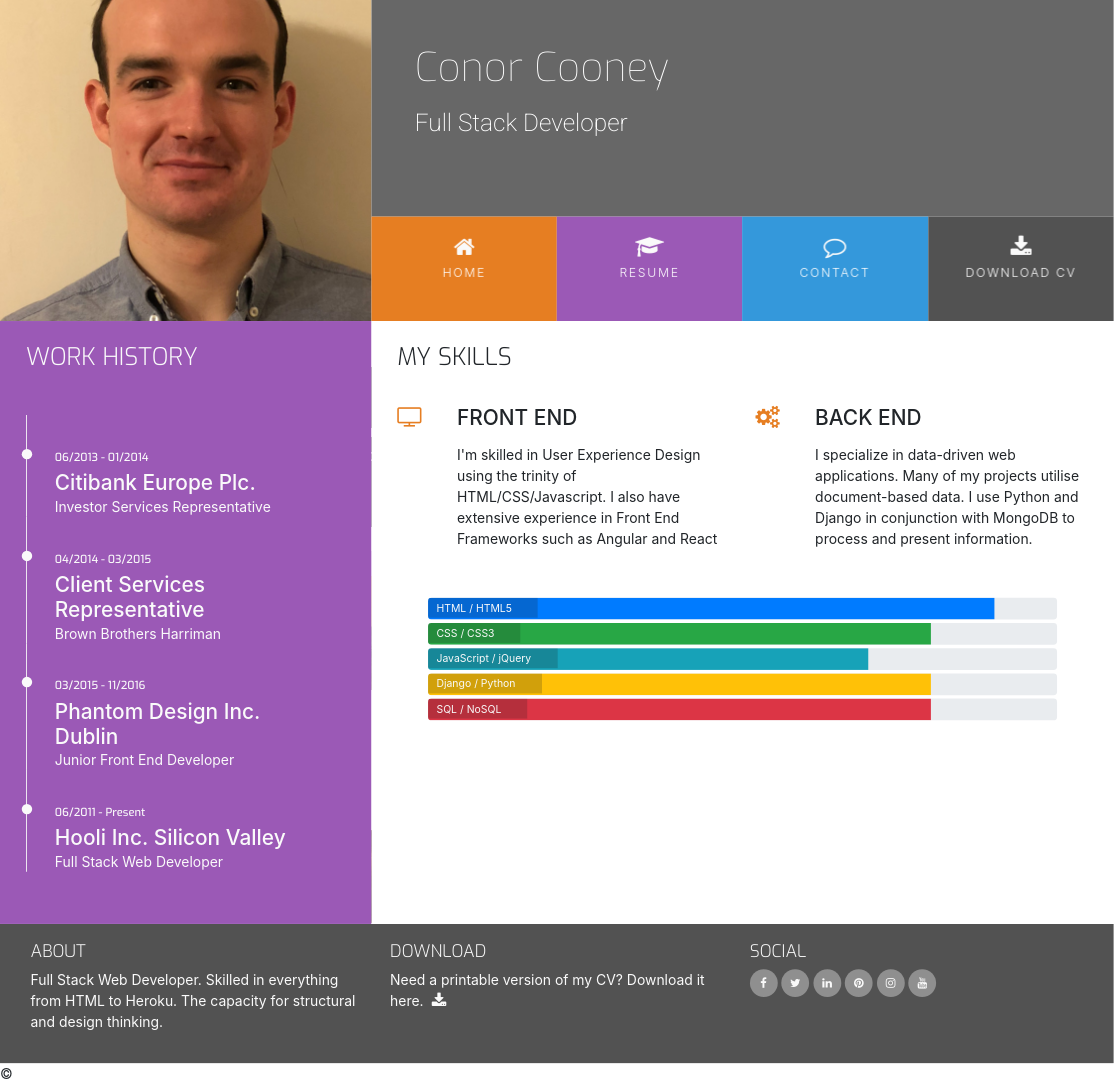
Repository: ConorTC1990/CONORCOONEY
Page: resume.html
The author's editor kept a record of every edit. The page is drawn from the files as they stood at one moment, then again after the next edit.
The browser window is 1280 px wide. The pictures show the whole page, at 87% of full size.
Some web libraries are served in a nearby version.

Above is the page before.

After the next edit:
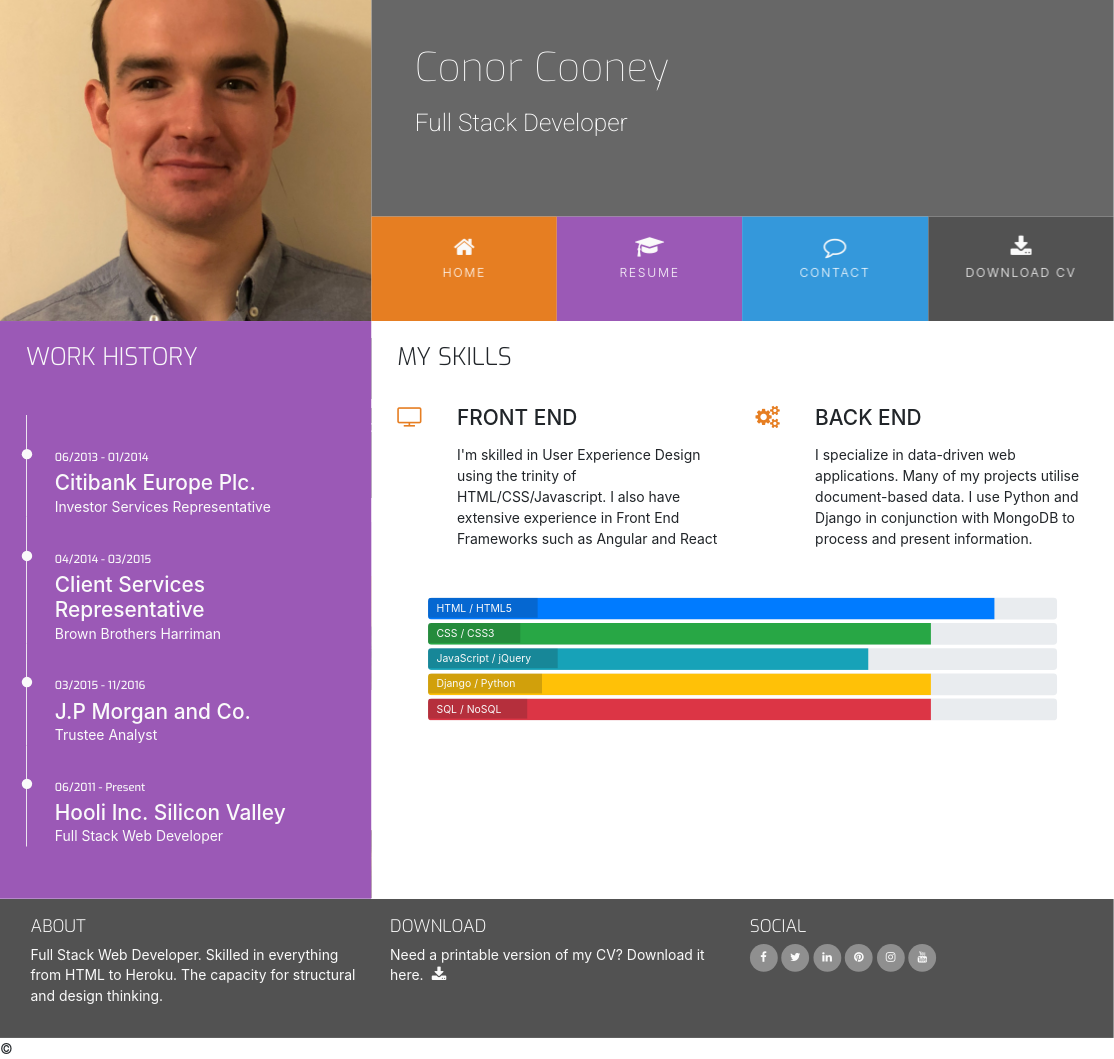
The edit:
--- a/resume.html
+++ b/resume.html
@@ -62,8 +62,8 @@
                         <p>Brown Brothers Harriman</p>
                     </div>
                     <div class="timeline-item" data-dates="03/2015 - 11/2016">
-                        <h4>Phantom Design Inc. Dublin</h4>
-                        <p>Junior Front End Developer</p>
+                        <h4>J.P Morgan and Co.</h4>
+                        <p>Trustee Analyst</p>
                     </div>
                     <div class="timeline-item" data-dates="06/2011 - Present">
                         <h4>Hooli Inc. Silicon Valley</h4>
